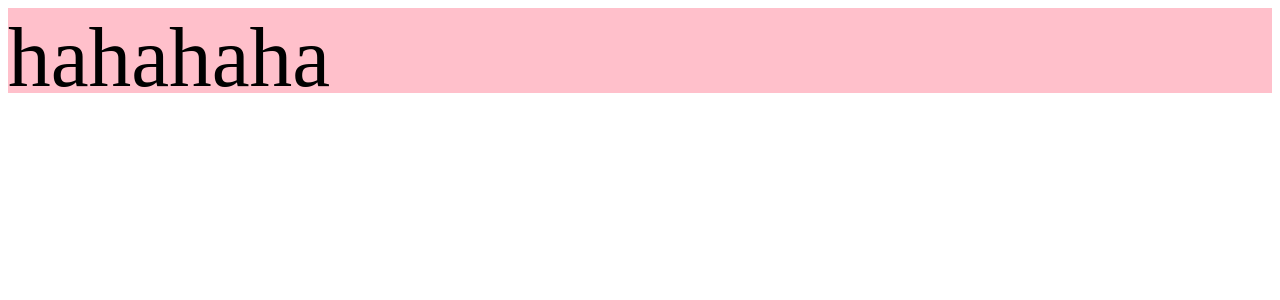
Repository: LumiereXyloto/javascript-data-structure
Page: 实现指定效果/rem.html
An editor plug-in stored every save of this project. The page is shown before and after the next save, followed by the edit.
The browser window is 1280 px wide. The pictures show the whole page.

Above is the page before, as saved 2020-02-25 00:42:19.

After the next save:
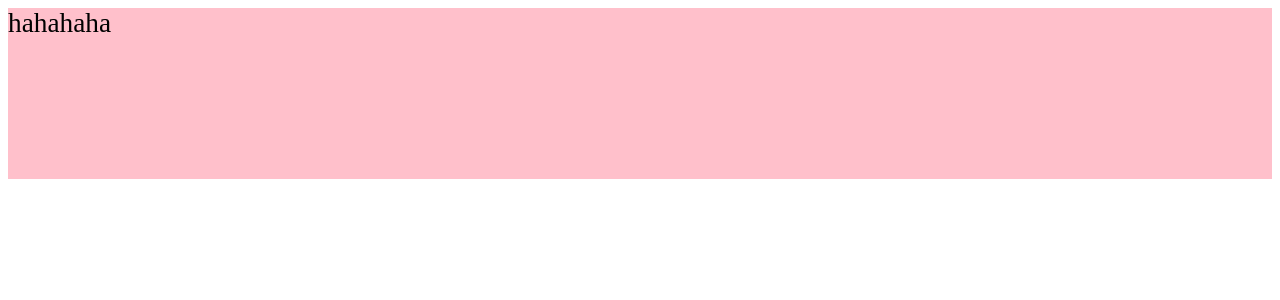
Saved 16 min 21 s later.
--- a/实现指定效果/rem.html
+++ b/实现指定效果/rem.html
@@ -7,7 +7,8 @@
   <style>
     .myDiv {
       width: 100%;
-      height: 1rem;
+      height: 2rem;
+      font-size: .32rem;
       background-color: pink;
     }
   </style>
